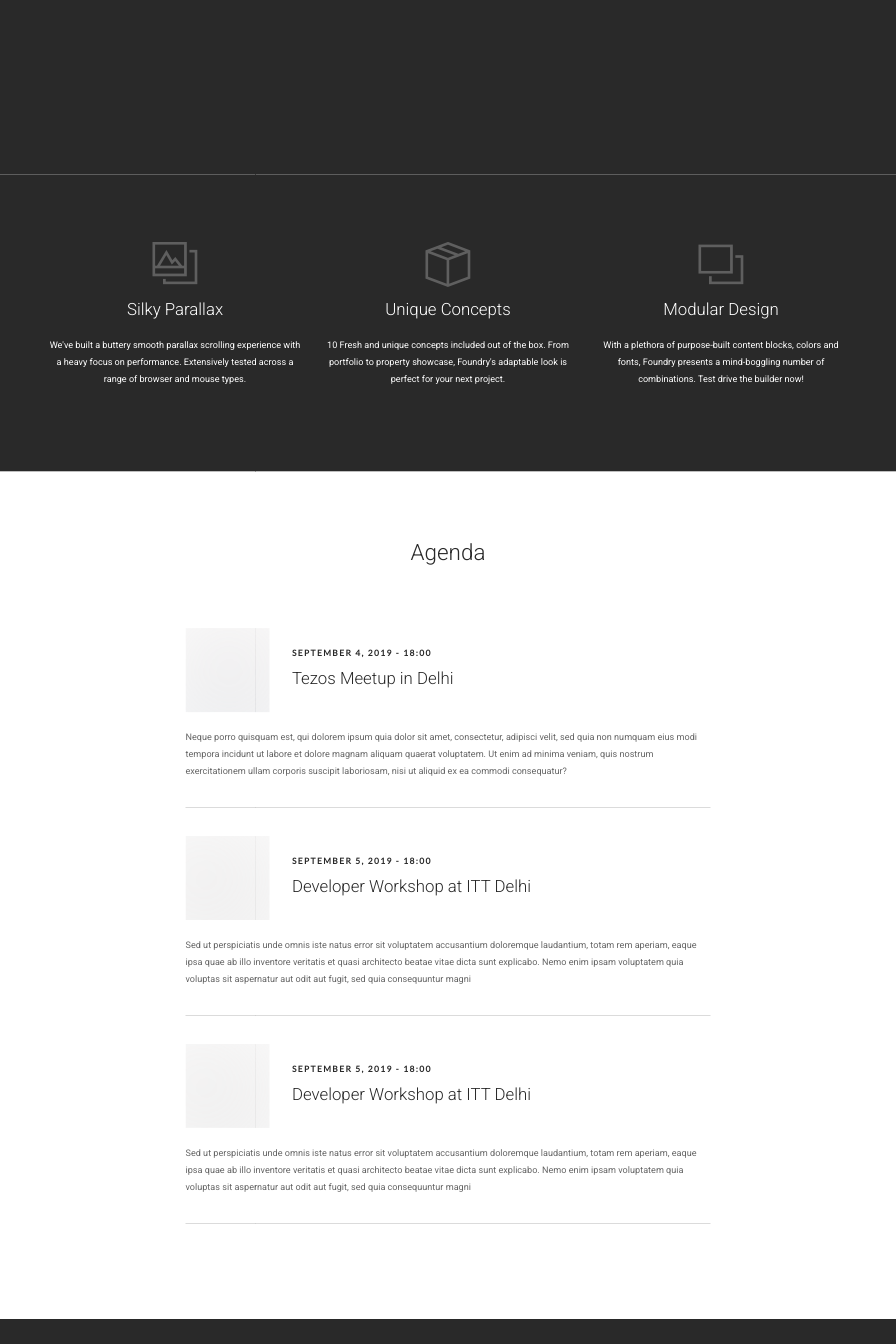
Repository: Tezos-India-Foundation/TIF-Website
Page: Tezos India Website/page.html
The author's editor kept a copy of each file at every save. The page is drawn from the files as they stood at one save, then again after the next save.
The browser window is 1280 px wide. The pictures show the part of the page from y = 815 to 2735 px (the page is 3849 px tall before and 4085 px after), at 70% of full size.
A picture or video elsewhere on the page could not be fetched, so the positions and the page height are approximate.

Above is the page before, as saved 2019-08-13 03:10:26.

### Tezos India Website/page.html
<!doctype html>
<html lang="en">

<head>
	<meta charset="utf-8">
	<title>Tezos India Foundation</title>
	<meta name="viewport" content="width=device-width, initial-scale=1.0">
	<link href="css/font-awesome.min.css" rel="stylesheet" type="text/css" media="all">
	<link href="css/themify-icons.css" rel="stylesheet" type="text/css" media="all" />
	<link href="css/bootstrap.css" rel="stylesheet" type="text/css" media="all" />
	<link href="css/theme-nearblack.css" rel="stylesheet" type="text/css" media="all" />
	<link href="css/custom.css" rel="stylesheet" type="text/css" media="all" />
	<link
		href='http://fonts.googleapis.com/css?family=Lato:300,400%7CRaleway:100,400,300,500,600,700%7COpen+Sans:400,500,600'
		rel='stylesheet' type='text/css'>
	<link href="http://fonts.googleapis.com/css?family=Roboto:100,300,400,600,700" rel="stylesheet" type="text/css">
	<link href="css/font-roboto.css" rel="stylesheet" type="text/css">
</head>

<body>

	<div class="nav-container">




		<nav class="bg-dark">
			<div class="nav-bar">
				<div class="module left">
					<a href="index.html">
						<img class="logo logo-light" alt="Foundry" src="img\logo with text.png">
						<img class="logo logo-dark" alt="Foundry" src="img/logo-dark.png">
					</a>
				</div>
				<div class="module widget-handle mobile-toggle right visible-sm visible-xs">
					<i class="ti-menu"></i>
				</div>
				<div class="module-group right">
					<div class="module left">
						<ul class="menu">
							<li>
								<a href="#">What We Do</a>
							</li>
							<li>
								<a href="#">Agenda</a>
							</li>
							<li>
								<a href="#">Team</a>
							</li>
							<li>
								<a href="#">Contact</a>
							</li>
					</div>

				</div>
		</nav>


	</div>

	<div class="main-container">





		<!-- <section class="cover fullscreen image-bg overlay">

			<div class="background-image-holder">
				<img alt="image" class="background-image" src="img/prop1.jpg">
			</div>
			<div class="container v-align-transform">
				<div class="row">
					<div class="col-sm-12 text-center">
						<h1 class="large mb16">Tezos India Foundation</h1>
						<h5 class="uppercase mb0">Education . meetups . partnerships</h5>
					</div>
				</div>

			</div>

			<div class="align-bottom relative-xs text-center" id="buttonslanding">
				<a class="btn btn-filled btn-lg mb32 mt-xs-40" href="#">What is Tezos?</a>
				<a class="btn btn-filled btn-lg mb32 mt-xs-40" href="#">Developer Resources</a>
			</div>

		</section> -->
		<section class="bg-dark">



			<div class="container">
				<div class="row">
					<!-- <div class="col-sm-12">

						<hr class="mb160 mb-xs-24">
					</div> -->
				</div>

				<div class="row" id="headerlanding">
					<div class="col-md-10">
						<h1 class="thin">Dedicated to Growing the Tezos Community in India.</h1>
					</div>
				</div>

				<div class="row mb40 mb-xs-0">
					<div class="col-md-6 col-sm-8">
						<p class="lead">The Tezos India Foundation assists individuals and
							entities to use the Tezos blockchain. Our goal is to grow
							the community and advance Tezos in India through education, meetups and
							partnerships.
							&nbsp;</p>
					</div>
				</div>

				<div class="row mb160 mb-xs-0" >
						<div class="col-md-6 col-sm-8" id="headerbuttons">
						<a class="btn btn-lg btn-filled" target="_blank" href="https://tezos.com/">What is Tezos?</a>
						<a class="btn btn-lg btn-white" id="devbutton" target="_blank" href="https://developers.tezos.com/">Developer Resources</a>
					</div>
					</div>



			</div>

		</section>
	</section><section class="bg-dark">
			<div class="container">
				<div class="row">
					<div class="col-sm-4 text-center">
						<div class="feature">
							<i class="ti-gallery icon fade-3-4 inline-block mb16"></i>
							<h4>Silky Parallax</h4>
							<p>
								We've built a buttery smooth parallax scrolling experience with a heavy focus on performance. Extensively tested across a range of browser and mouse types.
							</p>
						</div>
					</div>
					<div class="col-sm-4 text-center">
						<div class="feature">
							<i class="ti-package icon fade-3-4 inline-block mb16"></i>
							<h4>Unique Concepts</h4>
							<p>
								10 Fresh and unique concepts included out of the box. From portfolio to property showcase, Foundry's adaptable look is perfect for your next project.
							</p>
						</div>
					</div>
					<div class="col-sm-4 text-center">
						<div class="feature">
							<i class="ti-layers icon fade-3-4 inline-block mb16"></i>
							<h4>Modular Design</h4>
							<p>
								With a plethora of purpose-built content blocks, colors and fonts, Foundry presents a mind-boggling number of combinations. Test drive the builder now!
							</p>
						</div>
					</div>
				</div>

			</div>

		</section>
		<section>
			<div class="container">
				<div class="row mb64 mb-xs-24">
					<div class="col-sm-12 text-center">
						<h3>Agenda</h3>

					</div>
				</div>

				<div class="row">
					<div class="col-md-offset-2 col-md-8">
						<div class="tabbed-content button-tabs">


									<div class="tab-content text-left">
										<div>
											<div class="overflow-hidden">
												<img alt="Pic" class="mb24 pull-left" src="img/avatar1.png">
												<div class="pull-left p32 p0-xs pt24">
													<h6 class="uppercase mb8 number">September 4, 2019 - 18:00</h6>
													<h4>Tezos Meetup in Delhi</h4>
												</div>
											</div>
											<p>
												Neque porro quisquam est, qui dolorem ipsum quia dolor sit amet,
												consectetur, adipisci velit, sed quia non numquam eius modi tempora
												incidunt ut labore et dolore magnam aliquam quaerat voluptatem. Ut enim
												ad minima veniam, quis nostrum exercitationem ullam corporis suscipit
												laboriosam, nisi ut aliquid ex ea commodi consequatur?
											</p>
											<hr class="mt40 mb40 mt-xs-0 mb-xs-24">
										</div>
										<div>
											<div class="overflow-hidden">
												<img alt="Pic" class="mb24 pull-left" src="img/avatar2.png">
												<div class="pull-left p32 p0-xs pt24">
													<h6 class="uppercase mb8 number">September 5, 2019 - 18:00</h6>
													<h4>Developer Workshop at ITT Delhi</h4>
												</div>
											</div>
											<p>
												Sed ut perspiciatis unde omnis iste natus error sit voluptatem
												accusantium doloremque laudantium, totam rem aperiam, eaque ipsa quae ab
												illo inventore veritatis et quasi architecto beatae vitae dicta sunt
												explicabo. Nemo enim ipsam voluptatem quia voluptas sit aspernatur aut
												odit aut fugit, sed quia consequuntur magni
											</p>
											<hr class="mt40 mb40 mt-xs-0 mb-xs-24">
										</div>
										<div>
											<div class="overflow-hidden">
												<img alt="Pic" class="mb24 pull-left" src="img/avatar2.png">
												<div class="pull-left p32 p0-xs pt24">
													<h6 class="uppercase mb8 number">September 5, 2019 - 18:00</h6>
													<h4>Developer Workshop at ITT Delhi</h4>
												</div>
											</div>
											<p>
												Sed ut perspiciatis unde omnis iste natus error sit voluptatem
												accusantium doloremque laudantium, totam rem aperiam, eaque ipsa quae ab
												illo inventore veritatis et quasi architecto beatae vitae dicta sunt
												explicabo. Nemo enim ipsam voluptatem quia voluptas sit aspernatur aut
												odit aut fugit, sed quia consequuntur magni
											</p>
											<hr class="mt40 mb40 mt-xs-0 mb-xs-24">
										</div>
									</div>

						</div>

					</div>
				</div>


		</section>
		<section class="bg-dark">
			<div class="container">
				<div class="row">
					<div class="col-md-4 col-sm-6">
						<div class="image-tile outer-title text-center">
							<img alt="Pic" src="img/headshot_berndoostrum.jpg">
							<div class="title mb16">
								<h5 class="uppercase mb0">Bernd Oostrum</h5>
								<span>Director</span>
							</div>
							<p class="mb0">
								Sed ut perspiciatis unde omnis iste natus error sit voluptatem accusantium doloremque
								laudantium, totam rem aperiam, eaque ipsa quae ab illo inventore veritatis.
							</p>
						</div>
					</div>

					<div class="col-md-4 col-sm-6">
						<div class="image-tile outer-title text-center">
							<img alt="Pic" src="img/headshot_gokul.jpg">
							<div class="title mb16">
								<h5 class="uppercase mb0">Gokul Alex</h5>
								<span>Director</span>
							</div>
							<p class="mb0">
								Sed ut perspiciatis unde omnis iste natus error sit voluptatem accusantium doloremque
								laudantium, totam rem aperiam, eaque ipsa quae ab illo inventore veritatis.
							</p>
						</div>
					</div>
					<div class="col-md-4 col-sm-6">
						<div class="image-tile outer-title text-center">
							<img alt="Pic" src="img/headshot_om.jpg">
							<div class="title mb16">
								<h5 class="uppercase mb0">Om Malviya</h5>
								<span>Director</span>
							</div>
							<p class="mb0">
								Sed ut perspiciatis unde omnis iste natus error sit voluptatem accusantium doloremque
								laudantium, totam rem aperiam, eaque ipsa quae ab illo inventore veritatis.
							</p>
						</div>
					</div>
				</div>

			</div>

		</section>
		<section class="bg-primary">
			<div class="container">
				<div class="row">
					<div class="col-sm-12 text-center">
						<h3 class="mb0 inline-block p32 p0-xs">Interested in exploring Tezos?</h3>
						<a class="btn btn-lg btn-white mb8 mt-xs-24" href="#">Reach out</a>
					</div>
				</div>

			</div>

		</section>
		<footer class="footer-2 bg-dark text-center-xs">
			<div class="container">
				<div class="row">
					<div class="col-sm-4">
						<a href="#"><img class="image-xxs fade-half" alt="Pic" src="img\logo with text.png"></a>
					</div>

					<div class="col-sm-5 text-center">
						<span class="fade-half">
							© Copyright 2019 Tezos India Foundation - All Rights Reserved
						</span>
					</div>

					<div class="col-sm-3 text-right text-center-xs">
						<ul class="list-inline social-list">
							<li><a href="#"><i class="ti-twitter-alt"></i></a></li>
							<li><a href="#"><i class="ti-facebook"></i></a></li>
							<li><a href="#"><i class="ti-linkedin"></i></a></li>

						</ul>
					</div>
				</div>
			</div>
		</footer>
	</div>


	<script src="js/jquery.min.js"></script>
	<script src="js/bootstrap.min.js"></script>
	<script src="js/parallax.js"></script>
	<script src="js/scripts.js"></script>
</body>

</html>

### Tezos India Website/css/custom.css
/****** PLACE YOUR CUSTOM STYLES HERE ******/

#headerlanding {
    padding-top: 15%;
}
#headerbuttons {
    padding-bottom: 10%;
}

#devbutton {

}

Loaded but not shown: Tezos India Website/css/font-awesome.min.css (library); Tezos India Website/css/themify-icons.css (common file); Tezos India Website/css/bootstrap.css (library); Tezos India Website/css/font-roboto.css (common file); Tezos India Website/js/jquery.min.js (library); Tezos India Website/js/bootstrap.min.js (library); Tezos India Website/js/parallax.js (library); Tezos India Website/js/scripts.js (1387 lines, source omitted); Tezos India Website/css/theme-nearblack.css (5712 lines, source omitted)

After the next save:
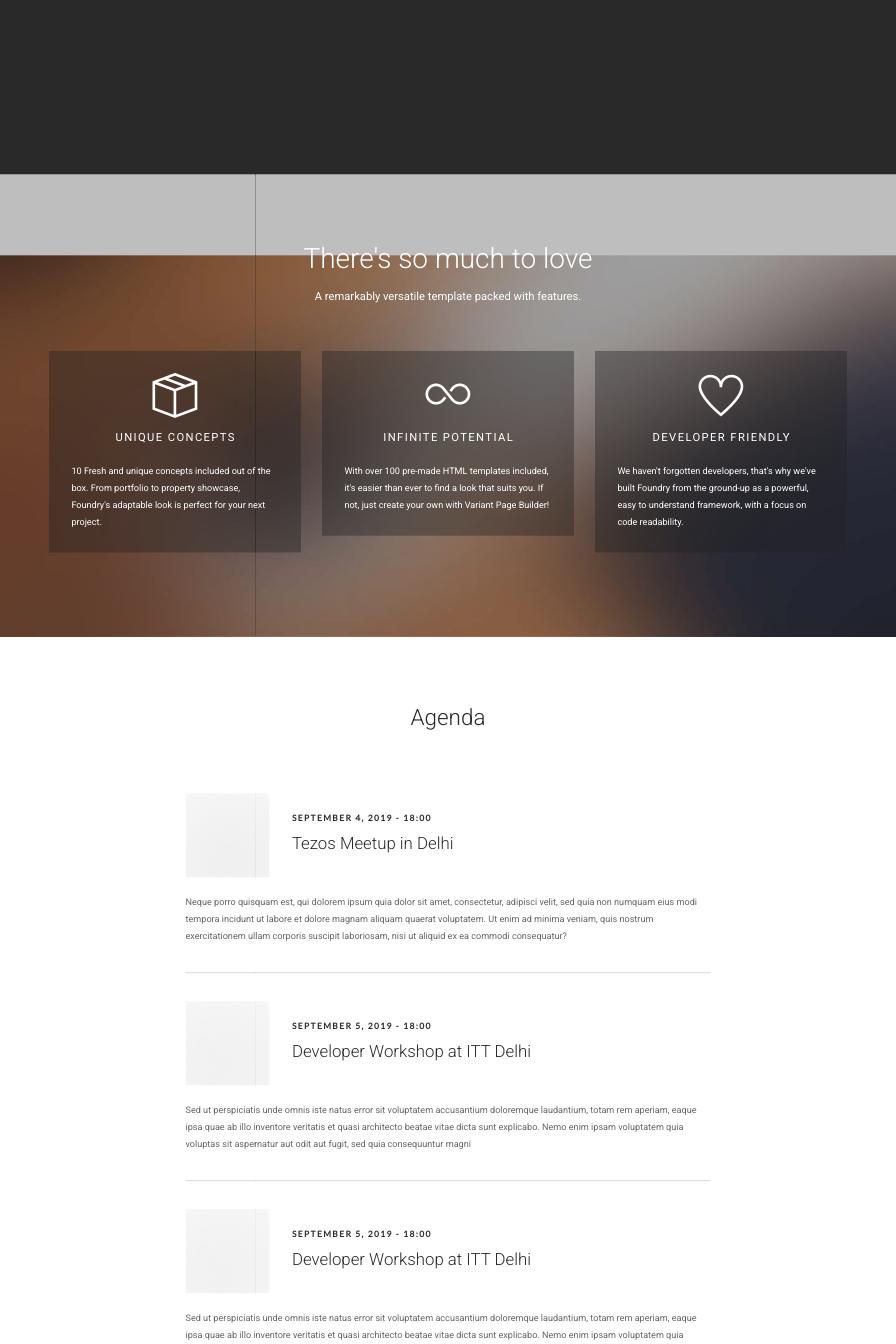
Saved 27 min 10 s later.
--- a/Tezos India Website/page.html
+++ b/Tezos India Website/page.html
@@ -125,41 +125,62 @@
 			</div>
 
 		</section>
-	</section><section class="bg-dark">
-			<div class="container">
-				<div class="row">
-					<div class="col-sm-4 text-center">
-						<div class="feature">
-							<i class="ti-gallery icon fade-3-4 inline-block mb16"></i>
-							<h4>Silky Parallax</h4>
-							<p>
-								We've built a buttery smooth parallax scrolling experience with a heavy focus on performance. Extensively tested across a range of browser and mouse types.
-							</p>
-						</div>
-					</div>
-					<div class="col-sm-4 text-center">
-						<div class="feature">
-							<i class="ti-package icon fade-3-4 inline-block mb16"></i>
-							<h4>Unique Concepts</h4>
-							<p>
-								10 Fresh and unique concepts included out of the box. From portfolio to property showcase, Foundry's adaptable look is perfect for your next project.
-							</p>
-						</div>
-					</div>
-					<div class="col-sm-4 text-center">
-						<div class="feature">
-							<i class="ti-layers icon fade-3-4 inline-block mb16"></i>
-							<h4>Modular Design</h4>
-							<p>
-								With a plethora of purpose-built content blocks, colors and fonts, Foundry presents a mind-boggling number of combinations. Test drive the builder now!
-							</p>
-						</div>
-					</div>
-				</div>
-
-			</div>
-
-		</section>
+	</section><section class="image-bg overlay parallax">
+		<div class="background-image-holder">
+			<img alt="Background" class="background-image" src="img/home7.jpg" />
+		</div>
+		<div class="container">
+			<div class="row">
+				<div class="col-sm-12 text-center">
+					<h2 class="mb16">There's so much to love</h2>
+					<p class="lead mb64">
+						A remarkably versatile template packed with features.
+					</p>
+				</div>
+			</div>
+			<!--end of row-->
+			<div class="row">
+				<div class="col-sm-4">
+					<div class="feature feature-1 boxed">
+						<div class="text-center">
+							<i class="ti-package icon"></i>
+							<h5 class="uppercase">Unique Concepts</h5>
+						</div>
+						<p>
+							10 Fresh and unique concepts included out of the box. From portfolio to property showcase, Foundry's adaptable look is perfect for your next project.
+						</p>
+					</div>
+					<!--end of feature-->
+				</div>
+				<div class="col-sm-4">
+					<div class="feature feature-1 boxed">
+						<div class="text-center">
+							<i class="ti-infinite icon"></i>
+							<h5 class="uppercase">Infinite Potential</h5>
+						</div>
+						<p>
+							With over 100 pre-made HTML templates included, it's easier than ever to find a look that suits you. If not, just create your own with Variant Page Builder!
+						</p>
+					</div>
+					<!--end of feature-->
+				</div>
+				<div class="col-sm-4">
+					<div class="feature feature-1 boxed">
+						<div class="text-center">
+							<i class="ti-heart icon"></i>
+							<h5 class="uppercase">Developer Friendly</h5>
+						</div>
+						<p>
+							We haven't forgotten developers, that's why we've built Foundry from the ground-up as a powerful, easy to understand framework, with a focus on code readability.
+						</p>
+					</div>
+					<!--end of feature-->
+				</div>
+			</div>
+			<!--end of row-->
+		</div>
+		<!--end of container-->
+	</section>
 		<section>
 			<div class="container">
 				<div class="row mb64 mb-xs-24">
